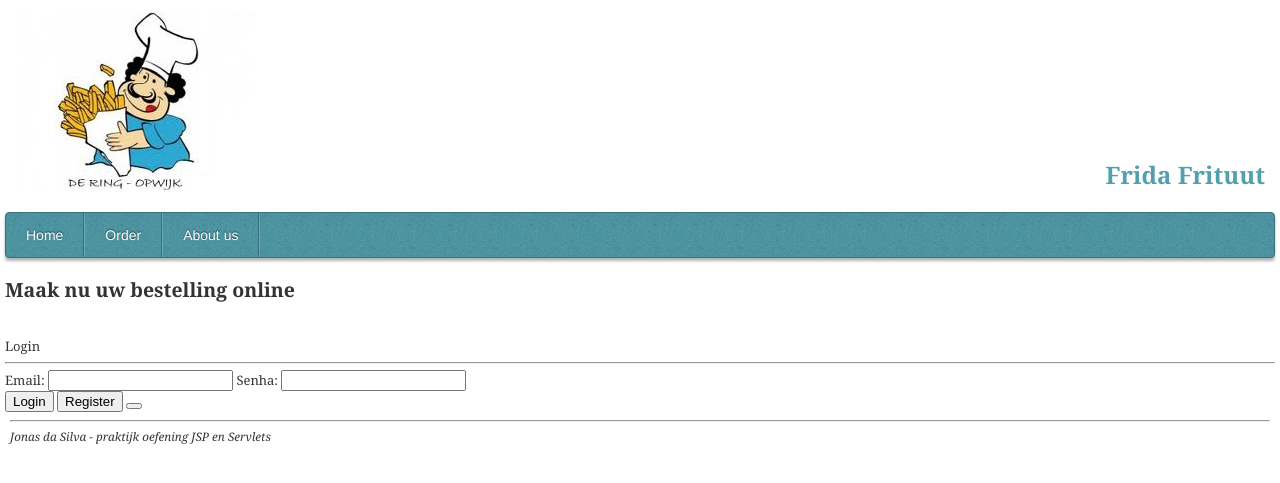
Repository: Projetos-intec/workspace-JavaWebJSP
Page: http://localhost/FrituurFrida/othert.jsp
An editor plug-in stored every save of this project. The page is shown before and after the next save, followed by the edit.
The browser window is 1280 px wide. The pictures show the whole page.
The page is served by Tomcat 9. Other server files are loaded and not shown.

Above is the page before, as saved 2014-09-18 08:05:21.

### FrituurFrida/WebContent/othert.jsp
<%@ page language="java" contentType="text/html; charset=ISO-8859-1"
	pageEncoding="ISO-8859-1"%>
<!DOCTYPE html PUBLIC "-//W3C//DTD HTML 4.01 Transitional//EN" "http://www.w3.org/TR/html4/loose.dtd">
<html>
<head>
<head>
<meta http-equiv="Content-Type" content="text/html; charset=ISO-8859-1">
<title>Welkom bij Frituur Frida</title>
<link rel='stylesheet' href='styles/default.css' />
</head>
<body>
	<header>
	<div id='logo'>
		<img src='images/logo.jpg' alt='Frituur Frida' />
	</div>
	<div id='demotitel'>

		<h1>Frida Frituut</h1>
	</div>
	</header>
	<nav>
	<ul>
		<li><a href='welkom'>Home</a></li>
		<li><a href='order.jsp'>Order</a></li>
		<li><a href='aboutus.jsp'>About us</a></li>
	</ul>
	</nav>
	<article>
	<h2>Maak nu uw bestelling online</h2>
	<br />
	Login
	<hr />
	<form action="AddUsuario" method="POST">
		Email: <input type="email" name="email" /> Senha: <input
			type="password" name="senha" /> <br /> <input type="submit"
			value="Login" />  <input type="button" value="Register" name="regs"  />
			<a><button></button></a>
	</form>

	<footer>
	<hr />
	Jonas da Silva - praktijk oefening JSP en Servlets </footer>
</body>
</html>

### FrituurFrida/WebContent/styles/default.css
body {
	font-family: Georgia, "Times New Roman", Times, serif;
	font-size: 13px;
	color: #333;
	background-color: #FFF;
	margin: 0;
	padding: 0;
}

p {
	padding: 10px;
}

h1 {
	font-size: 24px;
	color: #539FAD;
}

table {
	margin: 1em 0;
	border-collapse: collapse;

}

table caption {
	text-align: left;
	font-weight: bold;
	padding: 0 0 .3em;
	color: #003d5d;
}

table td,table th {
	text-align: left;
	border: 1px solid #b1d2e4;
	padding: 3px 20px;
	vertical-align: top;
}

table th {
	font-weight: bold;
    background: #EEE url(pattern.png) top left repeat;
}

table thead th {
	background: #ecf7fd;
}

header {
	height: 200px;
}

nav {
	width: auto;
	margin: 0 5px 0 5px;
}

nav ul,
nav li nav a {
  list-style: none;
  margin: 0;
  padding: 0;
  border: 0;
  font-size: 14px;
  font-family: Helvetica;
  line-height: 1;
}

nav ul {
  zoom: 1;
  background: #539fad url(pattern.png) top left repeat;
  -webkit-border-radius: 4px;
  -moz-border-radius: 4px;
  border-radius: 4px;
  border: 1px solid #3a707a;
  -moz-box-shadow: 0 3px 3px rgba(0, 0, 0, 0.3);
  -webkit-box-shadow: 0 3px 3px rgba(0, 0, 0, 0.3);
  box-shadow: 0 3px 3px rgba(0, 0, 0, 0.3);
}
nav ul:before {
  content: '';
  display: block;
}
nav ul:after {
  content: '';
  display: table;
  clear: both;
}
nav a,
nav a:link,
nav a:visited {
  padding: 15px 20px;
  display: block;
  text-decoration: none;
  color: #ffffff;
  text-shadow: 0 -1px 1px #214046;
  border-right: 1px solid #3a707a;
}
nav a:hover {
  color: #214046;
  text-shadow: 0 1px 1px #76b2bd;
}
nav li {
  float: left;
  border-right: 1px solid #64a9b5;
}
nav li:hover {
  background: #4a8f9c url(pattern.png) top left repeat;
}
nav li:first-child {
  border-left: none;
  -webkit-border-radius: 4px 0 0 4px;
  -moz-border-radius: 4px 0 0 4px;
  border-radius: 4px 0 0 4px;
}

header, article, footer {
	padding: 2px 5px 10px 5px;
}

footer {
	font-style: italic;
	font-size: 0.9em;
}

#logo {
	margin: 10px 0 -23px 10px;
	float: left;
}

#demotitel {
	margin: 140px 10px 0 0;
	float: right;

}

After the next save:
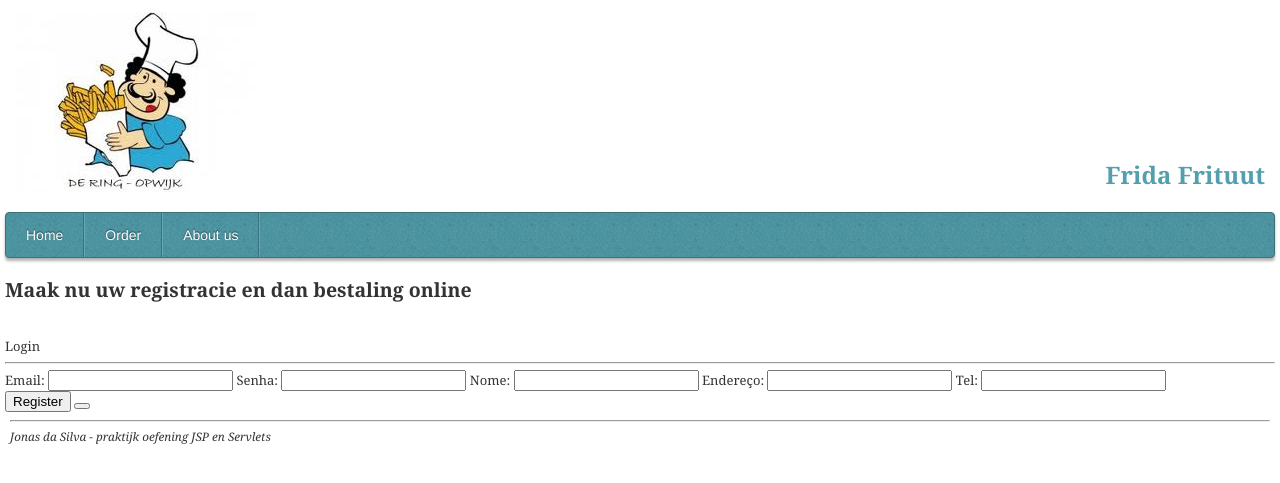
Saved 5 min 26 s later.
--- a/FrituurFrida/WebContent/othert.jsp
+++ b/FrituurFrida/WebContent/othert.jsp
@@ -26,14 +26,17 @@
 	</ul>
 	</nav>
 	<article>
-	<h2>Maak nu uw bestelling online</h2>
+	<h2>Maak nu uw registracie en dan bestaling online</h2>
 	<br />
 	Login
 	<hr />
 	<form action="AddUsuario" method="POST">
-		Email: <input type="email" name="email" /> Senha: <input
-			type="password" name="senha" /> <br /> <input type="submit"
-			value="Login" />  <input type="button" value="Register" name="regs"  />
+		Email: <input type="email" name="email" />
+		Senha: <input type="password" name="senha" />
+		Nome: <input type="text" name="email" />
+		Endereço: <input type="text" name="endreco" />
+		Tel: <input type="text" name="endreco" />
+		<br />  <input type="button" value="Register" name="regs"  />
 			<a><button></button></a>
 	</form>
 
